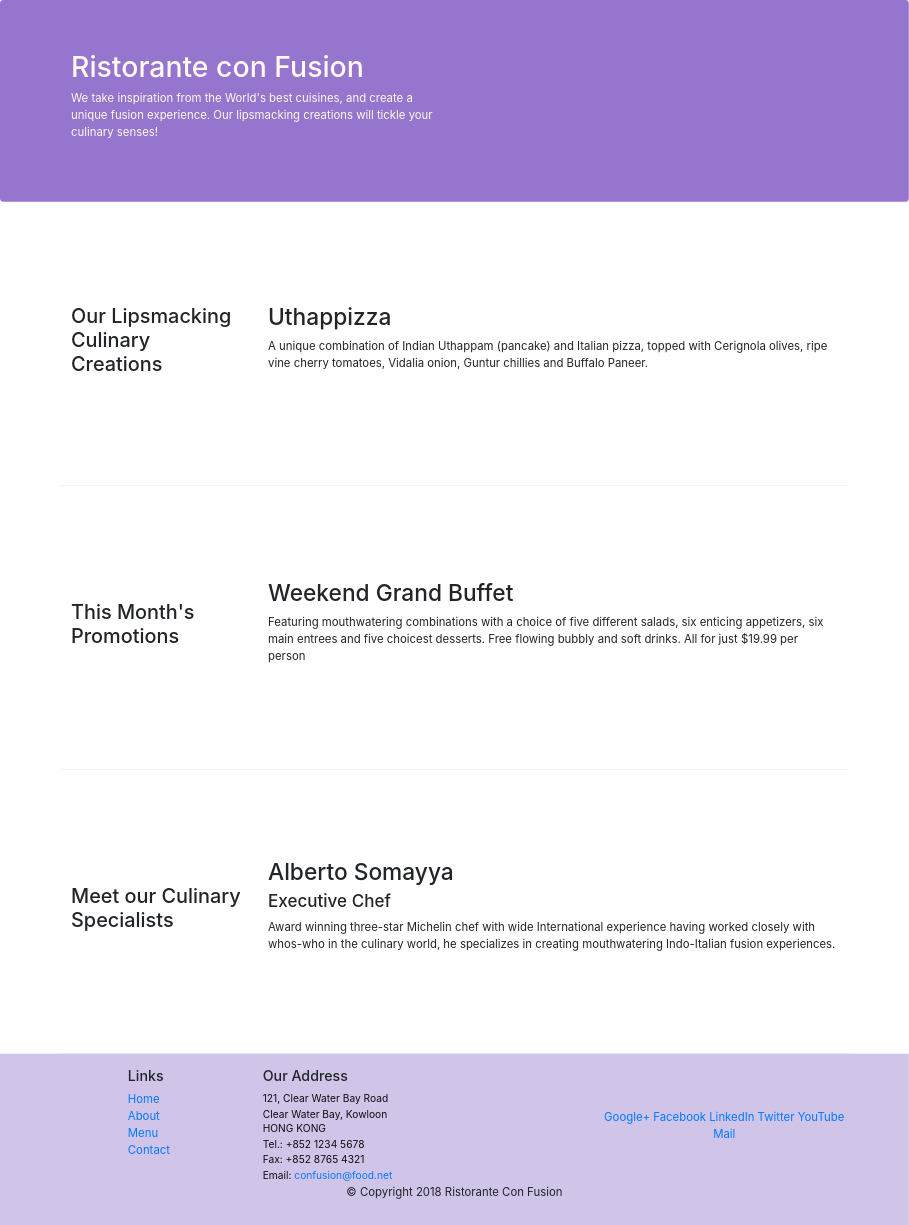
Repository: HwZau/conFusion
Page: index.html
These files come from the project's save history. The page is drawn as it stood at one moment and after the next save; the edit follows.
The browser window is 1280 px wide. The pictures show the whole page, at 71% of full size.

Above is the page before, as saved 2022-05-19 11:13:38.

### index.html
<!DOCTYPE html>
<html lang="en">
  <head>
    <meta charset="utf-8" />
    <meta
      name="viewport"
      content="width=device-width, initial-scale=1, shrink-to-fit=no"
    />
    <meta http-equiv="x-ua-compatible" content="ie=edge" />
    <title>Ristorante Con Fusion</title>
    <link
      rel="stylesheet"
      href="node_modules/bootstrap/dist/css/bootstrap.min.css"
    />
    <link rel="stylesheet" href="css/style.css" />
  </head>

  <body>
    <header class="jumbotron">
      <div class="container">
        <div class="row row-header">
          <div class="col-12 col-sm-6">
            <h1>Ristorante con Fusion</h1>
            <p>
              We take inspiration from the World's best cuisines, and create a
              unique fusion experience. Our lipsmacking creations will tickle
              your culinary senses!
            </p>
          </div>

        </div>
      </div>
    </header>

    <div class="container">
      <div class="row row-content align-items-center">
        <div class="col-12 col-sm-4 col-md-3">
          <h3>Our Lipsmacking Culinary Creations</h3>
        </div>
        <div class="col col-sm col-md">
          <h2>Uthappizza</h2>
          <p>
            A unique combination of Indian Uthappam (pancake) and Italian pizza,
            topped with Cerignola olives, ripe vine cherry tomatoes, Vidalia
            onion, Guntur chillies and Buffalo Paneer.
          </p>
        </div>
      </div>

      <div class="row row-content align-items-center">
        <div class="col-12 col-sm-4 col-md-3">
          <h3>This Month's Promotions</h3>
        </div>
        <div class="col col-sm col-md">
          <h2>Weekend Grand Buffet</h2>
          <p>
            Featuring mouthwatering combinations with a choice of five different
            salads, six enticing appetizers, six main entrees and five choicest
            desserts. Free flowing bubbly and soft drinks. All for just $19.99
            per person
          </p>
        </div>
      </div>

      <div class="row row-content align-items-center">
        <div class="col-12 col-sm-4 col-md-3">
          <h3>Meet our Culinary Specialists</h3>
        </div>
        <div class="col col-sm col-md">
          <h2>Alberto Somayya</h2>
          <h4>Executive Chef</h4>
          <p>
            Award winning three-star Michelin chef with wide International
            experience having worked closely with whos-who in the culinary
            world, he specializes in creating mouthwatering Indo-Italian fusion
            experiences.
          </p>
        </div>
      </div>
    </div>

    <footer class="footer">
      <div class="container">
        <div class="row">
          <div class="col-4 offset-1 col-sm-2">
            <h5>Links</h5>
            <ul class="list-unstyled">
              <li><a href="#">Home</a></li>
              <li><a href="#">About</a></li>
              <li><a href="#">Menu</a></li>
              <li><a href="#">Contact</a></li>
            </ul>
          </div>
          <div class="col-7 col-sm-5">
            <h5>Our Address</h5>
            <address>
              121, Clear Water Bay Road<br />
              Clear Water Bay, Kowloon<br />
              HONG KONG<br />
              Tel.: +852 1234 5678<br />
              Fax: +852 8765 4321<br />
              Email: <a href="mailto:confusion@food.net">confusion@food.net</a>
            </address>
          </div>
          <div class="col-12 col-sm-4 align-self-center">
            <div class="text-center">
              <a href="http://google.com/+">Google+</a>
              <a href="http://www.facebook.com/profile.php?id=">Facebook</a>
              <a href="http://www.linkedin.com/in/">LinkedIn</a>
              <a href="http://twitter.com/">Twitter</a>
              <a href="http://youtube.com/">YouTube</a>
              <a href="mailto:">Mail</a>
            </div>
          </div>
        </div>
        <div class="row justify-content-center">
          <div class="col-auto">
            <p>© Copyright 2018 Ristorante Con Fusion</p>
          </div>
        </div>
      </div>
    </footer>

    <script src="node_modules/jquery/dist/jquery.slim.min.js"></script>
    <script src="node_modules/popper.js/dist/umd/popper.min.js"></script>
    <script src="node_modules/bootstrap/dist/js/bootstrap.min.js"></script>
  </body>
</html>

### css/style.css

.row-header {
	margin: 0px auto;
	padding: 0px auto;
}

.row-content {
	margin: 0 auto;
	padding: 50px 0px 50px 0px;
	border-bottom: 1px ridge;
	min-height: 400px;
}

.footer {
	background-color: #D1C4E9;
	margin: 0px auto;
	padding: 20px 0px 20px 0px;
}

.jumbotron {
	padding: 70px 30px 70px 30px;
	margin: 0px auto;
	background: #9575CD;
	color: floralwhite;
}

address {
	font-size: 90%;
	margin: 0px;
	color:#0f0f0f;
}

Loaded but not shown: node_modules/bootstrap/dist/css/bootstrap.min.css (library); node_modules/jquery/dist/jquery.slim.min.js (library); node_modules/popper.js/dist/umd/popper.min.js (library); node_modules/bootstrap/dist/js/bootstrap.min.js (library)

After the next save:
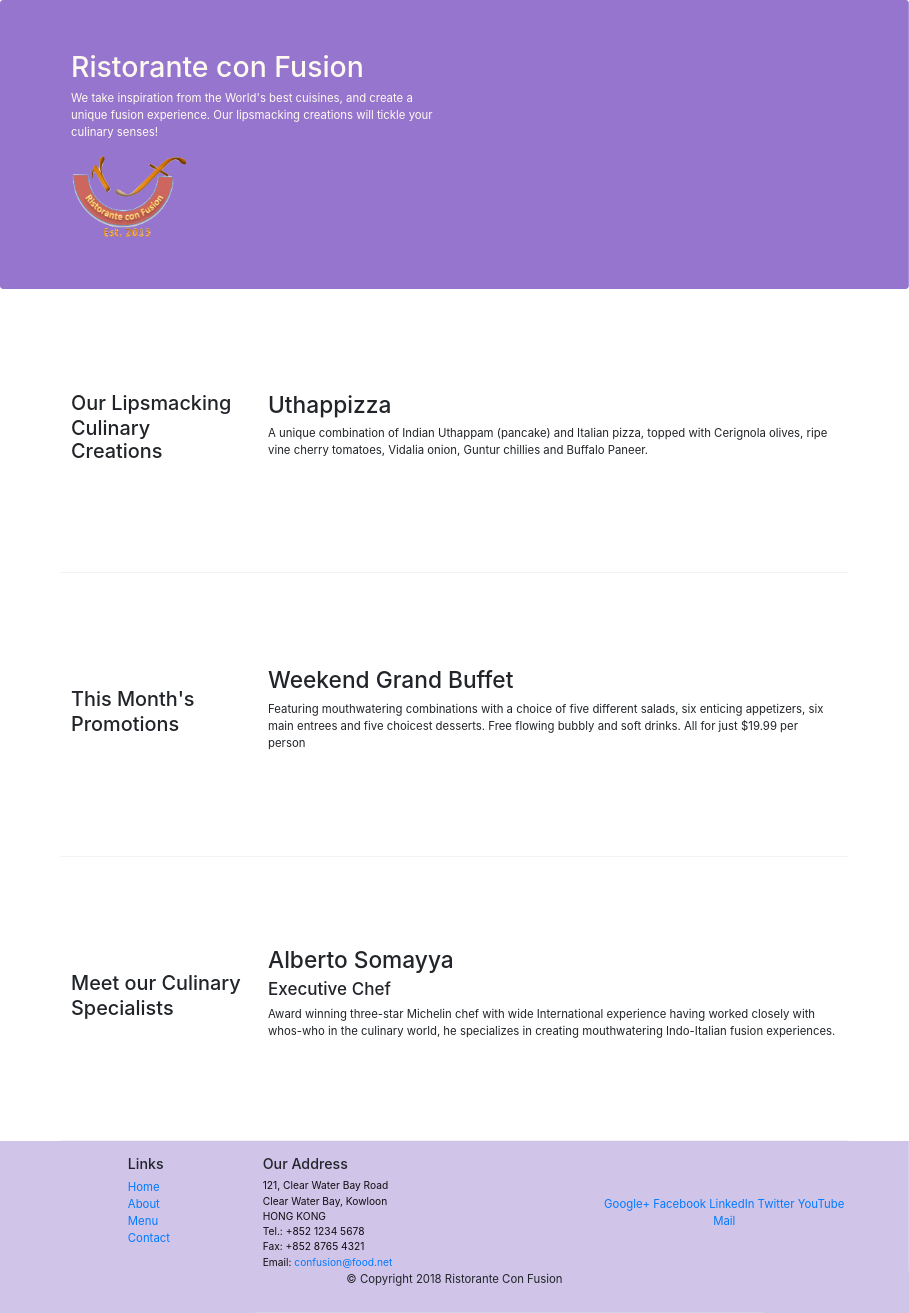
Saved 8 s later.
--- a/index.html
+++ b/index.html
@@ -28,6 +28,9 @@
             </p>
           </div>
 
+        </div>
+        <div class="col-12 col-sm align-self-center">
+          <img src="img/logo.png" alt="" class="img-fluid">
         </div>
       </div>
     </header>
